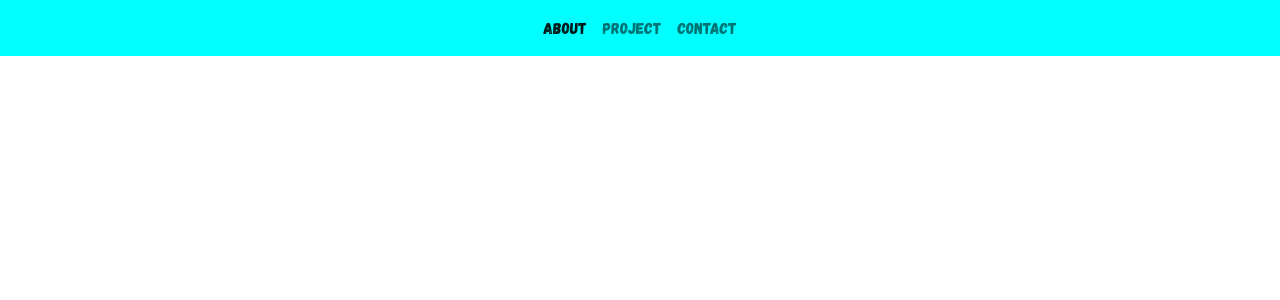
Repository: zetta-muhammad-asyrofuddien/Html-Css-ZettaCAmp
Page: Day1/Portofolio/index.html
The author's editor kept a copy of each file at every save. The page is drawn from the files as they stood at one save, then again after the next save.
The browser window is 1280 px wide. The pictures show the whole page.

Above is the page before, as saved 2023-07-05 05:23:35.

### Day1/Portofolio/index.html
<!DOCTYPE html>
<html lang="en">
  <head>
    <meta charset="utf-8" />
    <meta name="viewport" content="width=device-width, initial-scale=1" />
    <title>Portofolio Asyrof</title>
    <link href="https://cdn.jsdelivr.net/npm/bootstrap@5.2.3/dist/css/bootstrap.min.css" rel="stylesheet" integrity="sha384-rbsA2VBKQhggwzxH7pPCaAqO46MgnOM80zW1RWuH61DGLwZJEdK2Kadq2F9CUG65" crossorigin="anonymous" />
    <link rel="stylesheet" type="text/css" href="./syle.css" />
  </head>
  <body>
    <!-- NAVBAR -->
    <section class="N">
      <div class="container">
        <nav class="navbar navbar-expand-lg">
          <div class="container-fluid">
            <button class="navbar-toggler" type="button" data-bs-toggle="collapse" data-bs-target="#navbarNav" aria-controls="navbarNav" aria-expanded="false" aria-label="Toggle navigation">
              <span class="navbar-toggler-icon"></span>
            </button>
            <div class="collapse navbar-collapse" id="navbarNav">
              <ul class="navbar-nav mx-auto">
                <li class="nav-item">
                  <a class="nav-link active" aria-current="page" href="#">About</a>
                </li>
                <li class="nav-item">
                  <a class="nav-link" href="#">Project</a>
                </li>
                <li class="nav-item">
                  <a class="nav-link" href="#">Contact</a>
                </li>
              </ul>
            </div>
          </div>
        </nav>
      </div>
    </section>
    <!-- Akhir Navbar -->
    <script src="https://cdn.jsdelivr.net/npm/@popperjs/core@2.11.6/dist/umd/popper.min.js" integrity="sha384-oBqDVmMz9ATKxIep9tiCxS/Z9fNfEXiDAYTujMAeBAsjFuCZSmKbSSUnQlmh/jp3" crossorigin="anonymous"></script>
    <script src="https://cdn.jsdelivr.net/npm/bootstrap@5.2.3/dist/js/bootstrap.min.js" integrity="sha384-cuYeSxntonz0PPNlHhBs68uyIAVpIIOZZ5JqeqvYYIcEL727kskC66kF92t6Xl2V" crossorigin="anonymous"></script>
  </body>
</html>

### Day1/Portofolio/syle.css
@font-face {
  font-family: Gagalin;
  src: url(./asset/font/Gagalin-Regular.otf);
}
@font-face {
  font-family: Shrikhand;
  src: url(./asset/font/Shrikhand-Regular.ttf);
}
@font-face {
  font-family: dmSans;
  src: url(./asset/font/DMSans-Regular.ttf);
}
/* DESKTOP VERSION */
@media (min-width: 992px) {
  /* Navbar */
  .navbar-brand {
    font-family: Gagalin;
  }
  .N {
    background-color: aqua;
  }
  .nav-link {
    font-family: Gagalin;
  }
}

After the next save:
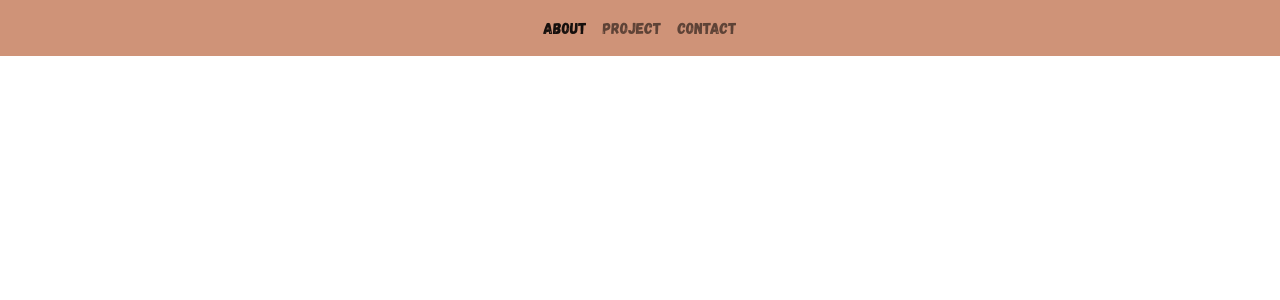
Saved 15 s later.
--- a/Day1/Portofolio/syle.css
+++ b/Day1/Portofolio/syle.css
@@ -17,7 +17,7 @@
     font-family: Gagalin;
   }
   .N {
-    background-color: aqua;
+    background-color: #cf9378;
   }
   .nav-link {
     font-family: Gagalin;
